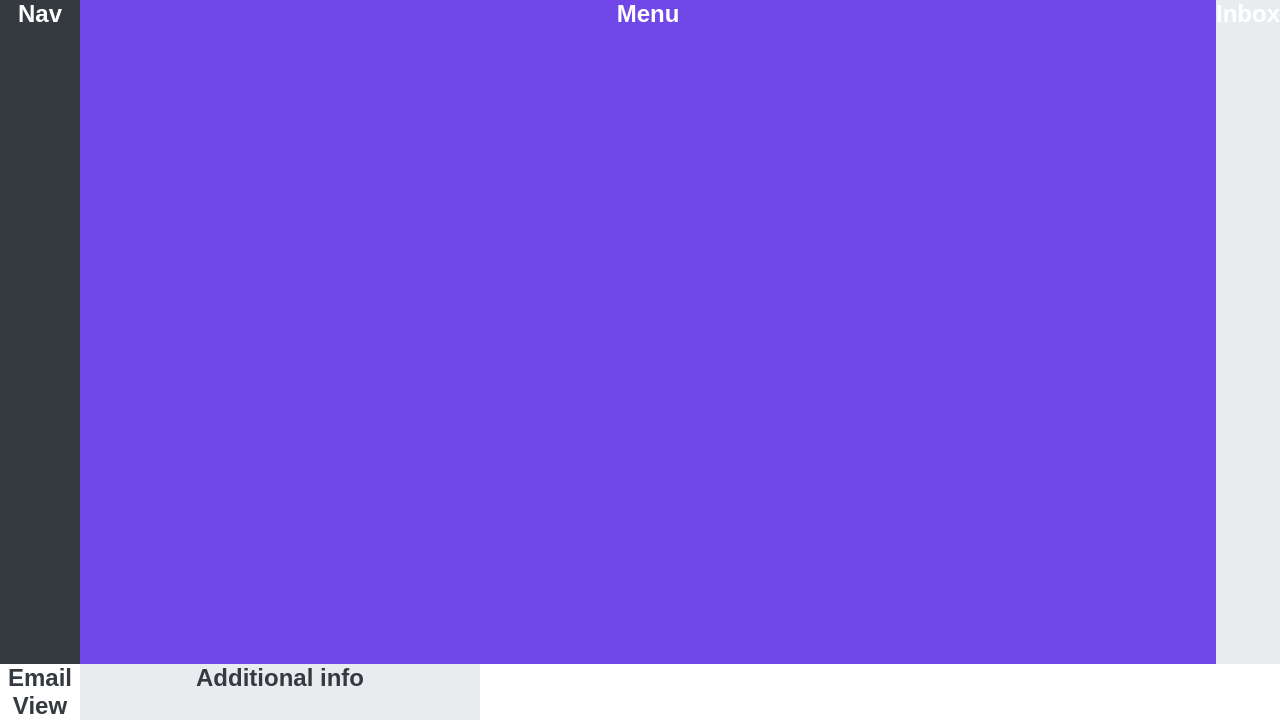
Repository: sunny070/CSS
Page: HTML and CSS some of the important components/06_app-layout.html
These files come from the project's save history. The page is drawn as it stood at one moment and after the next save; the edit follows.
The browser window is 1280 px wide. The pictures show the whole page.

Above is the page before, as saved 2023-11-17 13:55:43.

### HTML and CSS some of the important components/06_app-layout.html
<!DOCTYPE html>
<html lang="en">
<head>
    <meta charset="UTF-8">
    <meta name="viewport" content="width=device-width, initial-scale=1.0">
    <title>App Layout</title>
    <style>
        *{
            margin: 0;
            padding: 0;
            box-sizing: border-box;
        }
        body{
            font-family: sans-serif;
            color:#343a40;
            font-size: 24px;
            height: 100vh;
            text-align: center;
            font-weight:bold;
            display: grid;
            grid-template-columns: 80px 400px 1fr 250px;
            grid-template-rows: 80px 1fr;
        }
        nav,menu,section,main
        nav{
            background-color:#343a40 ;
            color:#fff;
            grid-row: 1/-1;
        }
        menu{
            background-color:#7048e8;
            grid-column: 2/-1;
        }
        section{
            background-color:#e9ecef;
        }
        aside{
            background-color:#e9ecef;
        }
    </style>
</head>
<body>
    <nav>Nav</nav>
    <menu>Menu</menu>
    <section>Inbox</section>
    <main>Email View</main>
    <aside>Additional info</aside>
</body>
</html>

After the next save:
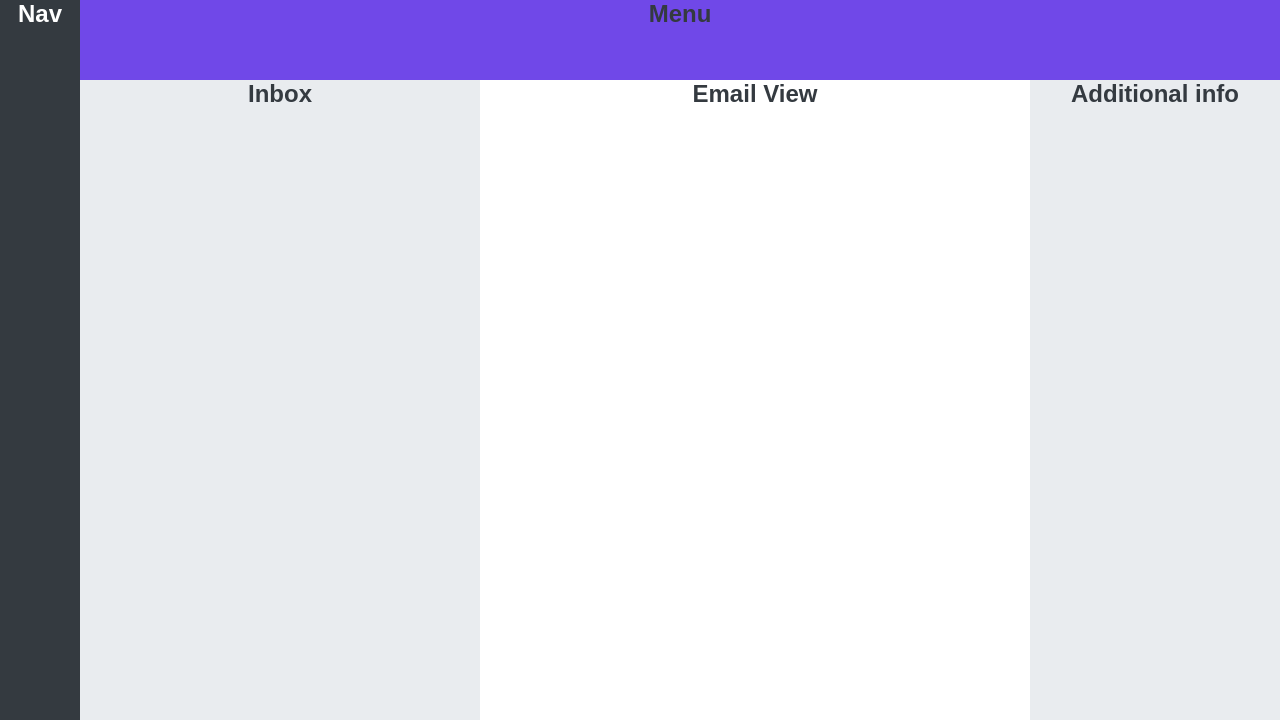
Saved 4 s later.
--- a/HTML and CSS some of the important components/06_app-layout.html
+++ b/HTML and CSS some of the important components/06_app-layout.html
@@ -21,7 +21,9 @@
             grid-template-columns: 80px 400px 1fr 250px;
             grid-template-rows: 80px 1fr;
         }
-        nav,menu,section,main
+        nav,menu,section,main,aside{
+
+        }
         nav{
             background-color:#343a40 ;
             color:#fff;
